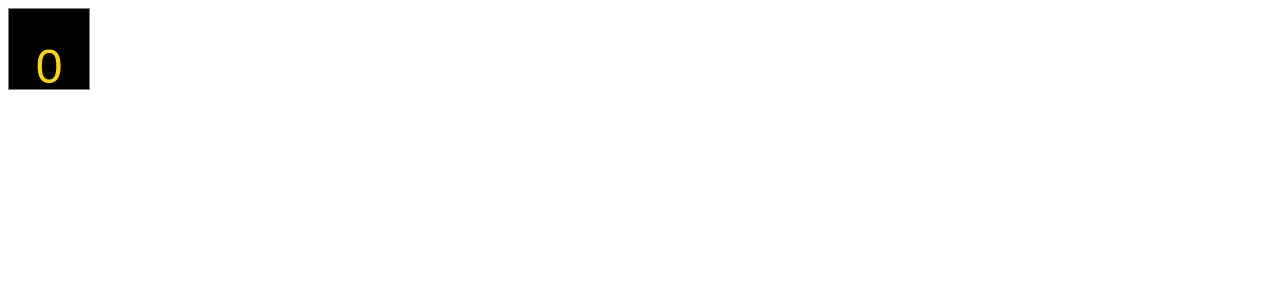
Repository: harveysanders/bouncingbox
Page: index.html
The author's editor kept a record of every edit. The page is drawn from the files as they stood at one moment, then again after the next edit.
The browser window is 1280 px wide. The pictures show the whole page.

Above is the page before.

### index.html
<!DOCTYPE>
<html>
    <head>
        <title>
            Flying Box
        </title>
        <style>
            .box {
                background-color: black;
                border: 1px solid gray;
                display: block;
                width: 80px;
                height: 80px;
                font-size: 300%;
                color: gold;
                text-align: center;
                font-family: century gothic, sans-serif;
                line-height: 2.4;
            }
        </style>
    </head>
    <body>
        <main>
            <div class="box">0</div>
        </main>
    </body>
</html>

After the next edit:
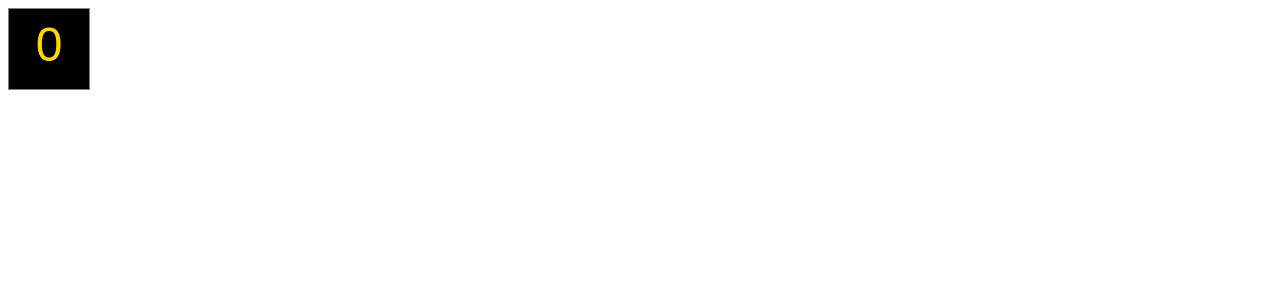
The edit:
--- a/index.html
+++ b/index.html
@@ -15,7 +15,7 @@
                 color: gold;
                 text-align: center;
                 font-family: century gothic, sans-serif;
-                line-height: 2.4;
+                line-height: 1.5;
             }
         </style>
     </head>
